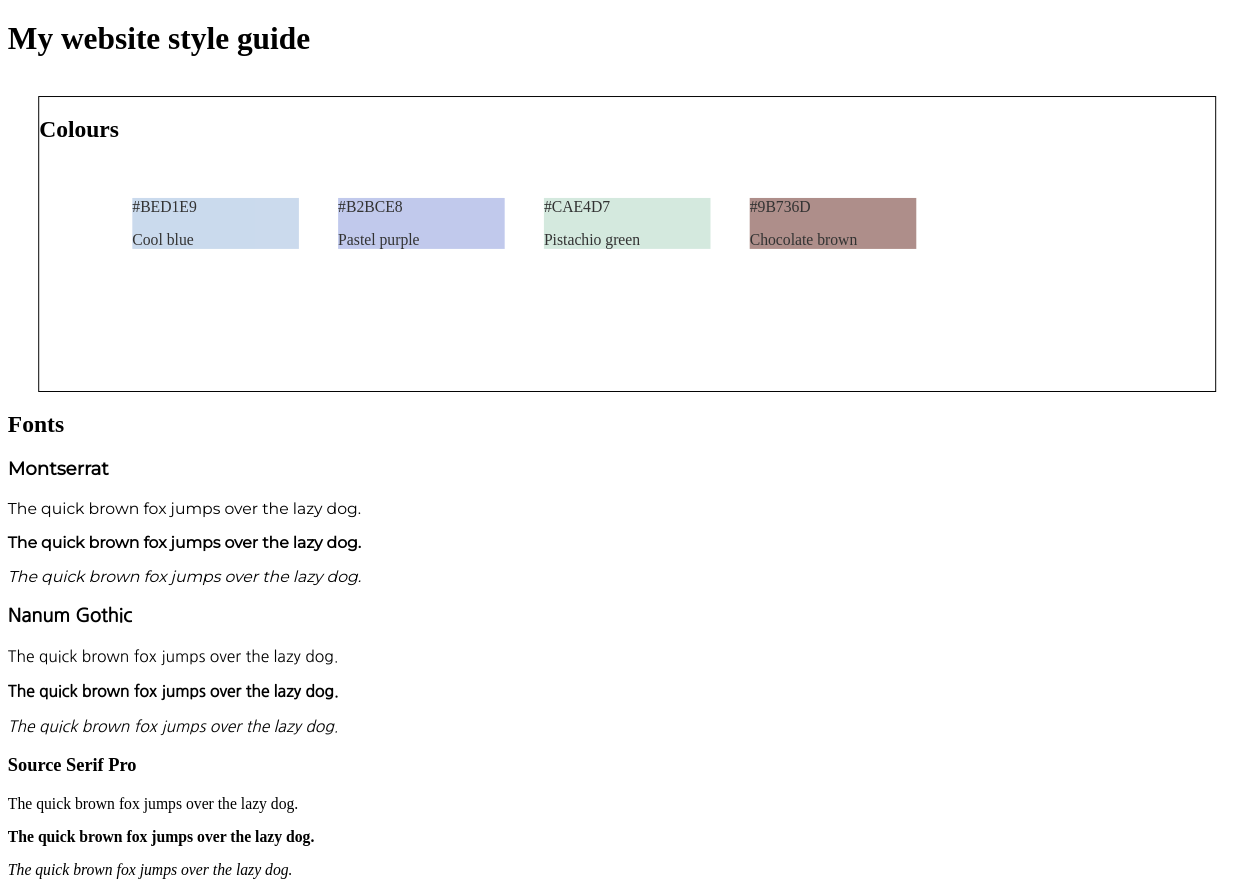
Repository: nazaninrizvi/codecademy
Page: Javascript/website-design-system/index.html
An editor plug-in stored every save of this project. The page is shown before and after the next save, followed by the edit.
The browser window is 1280 px wide. The pictures show the whole page, at 98% of full size.
Some web fonts or font styles are not loaded; a fallback is used.

Above is the page before, as saved 2021-11-26 17:16:21.

After the next save:
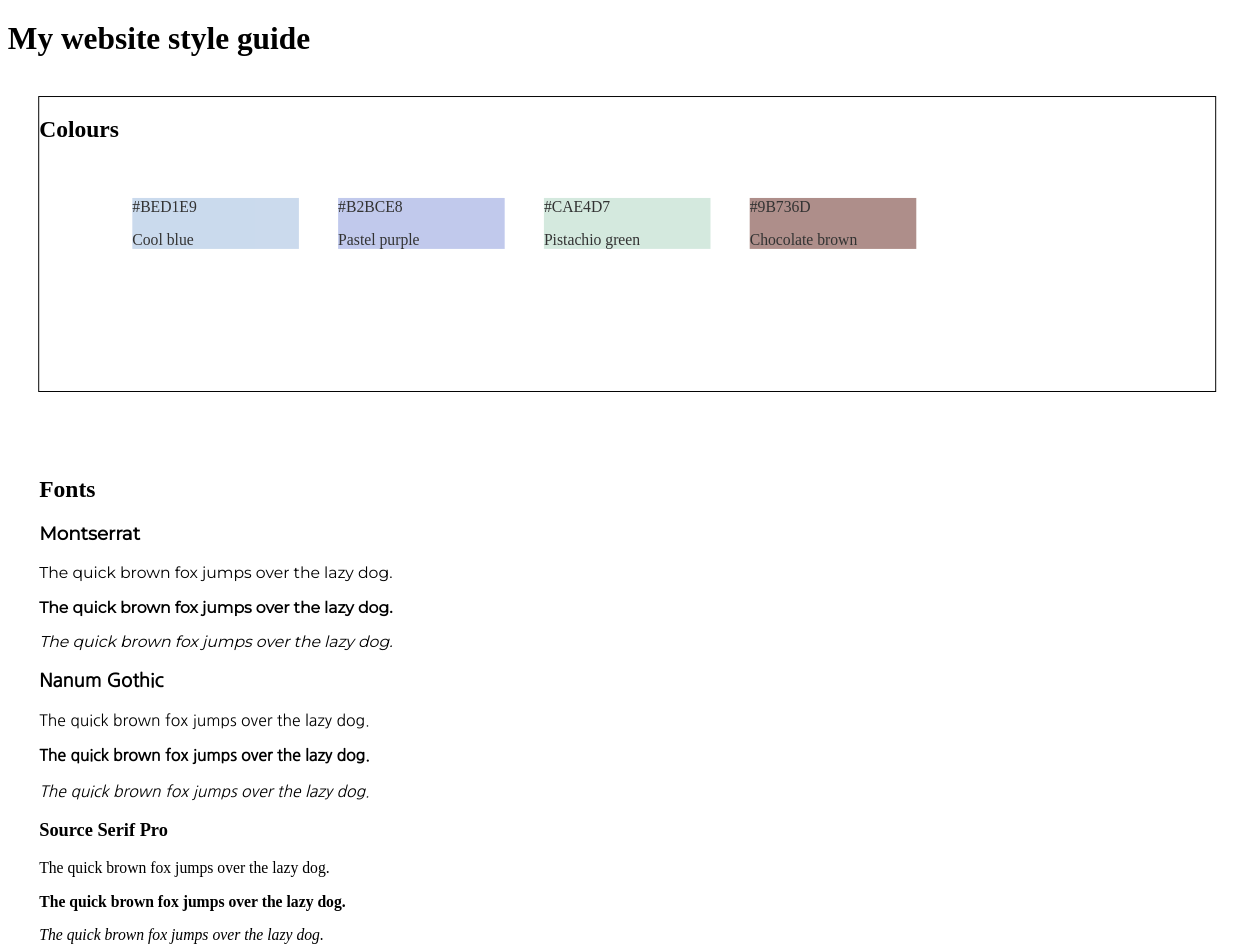
Saved 7 s later.
--- a/Javascript/website-design-system/index.html
+++ b/Javascript/website-design-system/index.html
@@ -32,7 +32,7 @@
                         <p>Chocolate brown</p>
                     </div></div>
 
-                    <div class="cols">
+                    <div class="cols"><div id=""
 
                     </div>
                 </div>

After the 3 saves that followed:
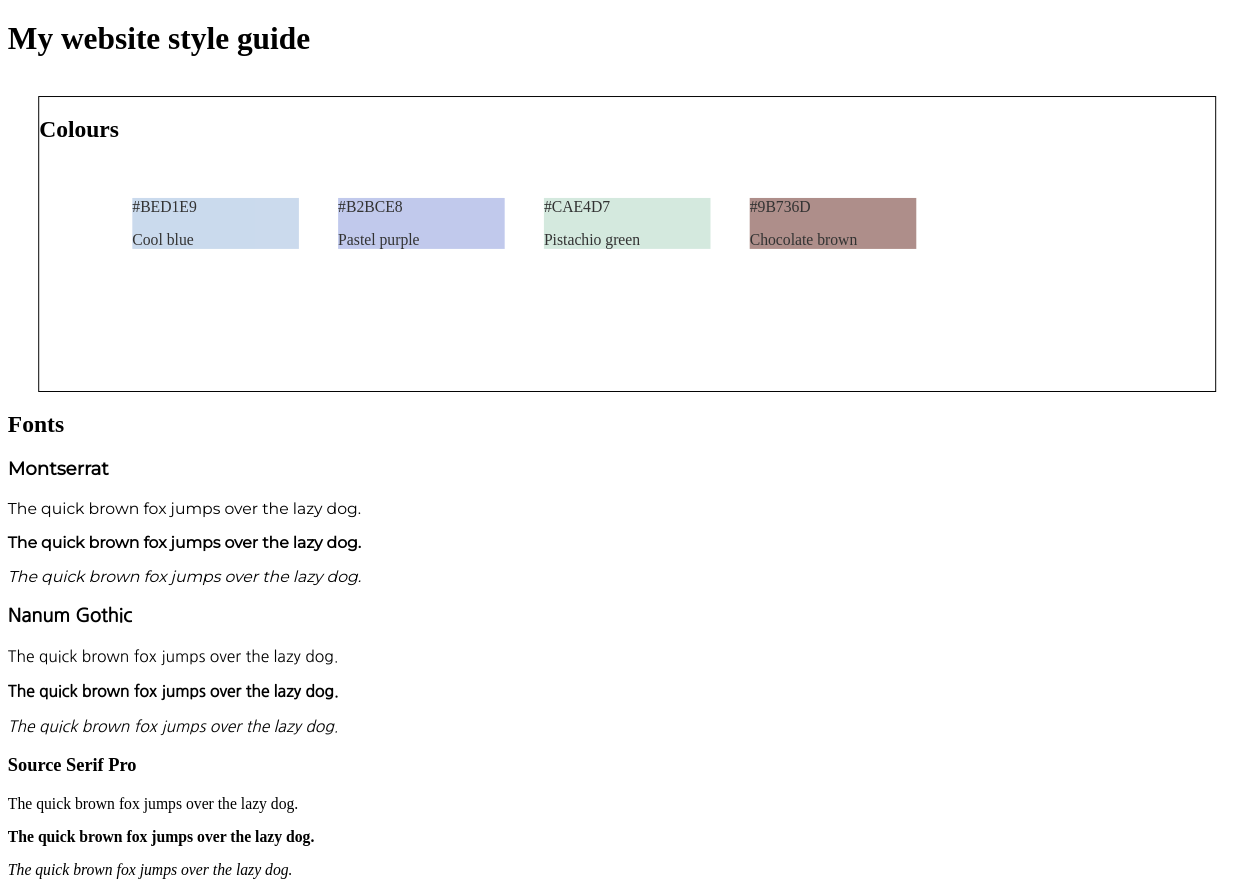
The 3 saves are shown as one change because they came seconds apart.
The last was saved 21 s later.
--- a/Javascript/website-design-system/index.html
+++ b/Javascript/website-design-system/index.html
@@ -32,9 +32,9 @@
                         <p>Chocolate brown</p>
                     </div></div>
 
-                    <div class="cols"><div id=""
+                    <div class="cols"><div id="ink-blue">
 
-                    </div>
+                    </div>                    </div>
                 </div>
             </div>
         </div>
